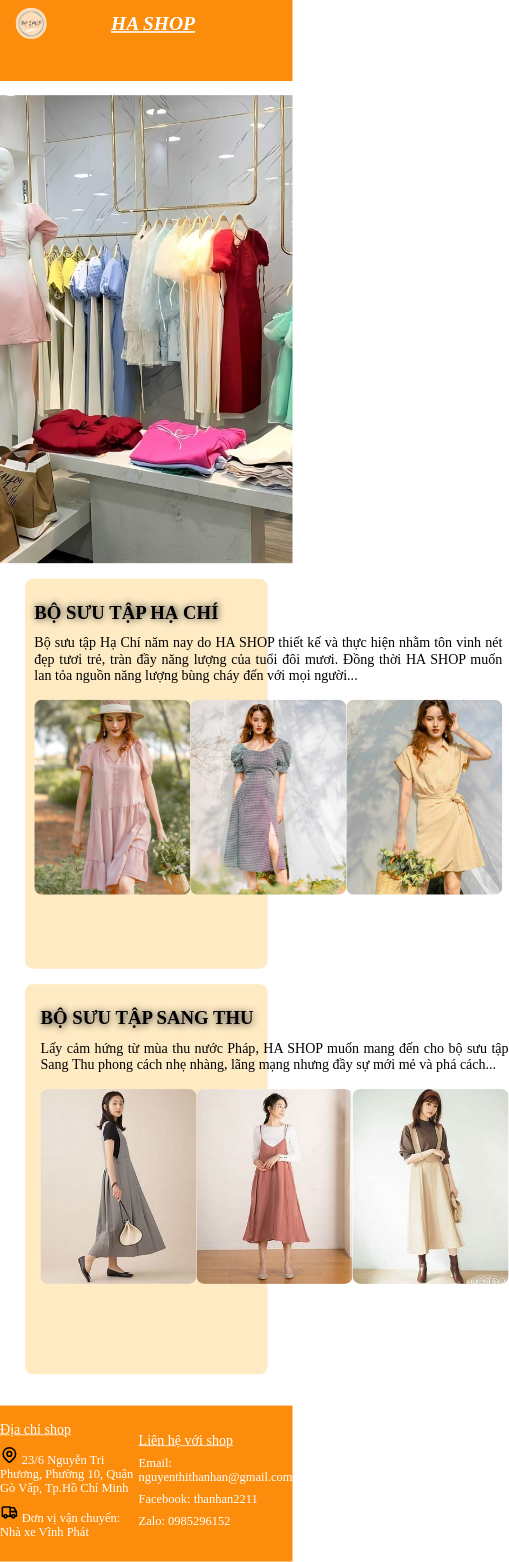
Repository: manhhieu120499/Project_ShopQuanAo
Page: index.html
An editor plug-in stored every save of this project. The page is shown before and after the next save, followed by the edit.
The browser window is 375 px wide. The page is 652 px wide, so the pictures cover 652 px, including what lies to the right of the window. The pictures show the whole page, at 78% of full size.

Above is the page before, as saved 2023-04-07 22:59:29.

After the next save:
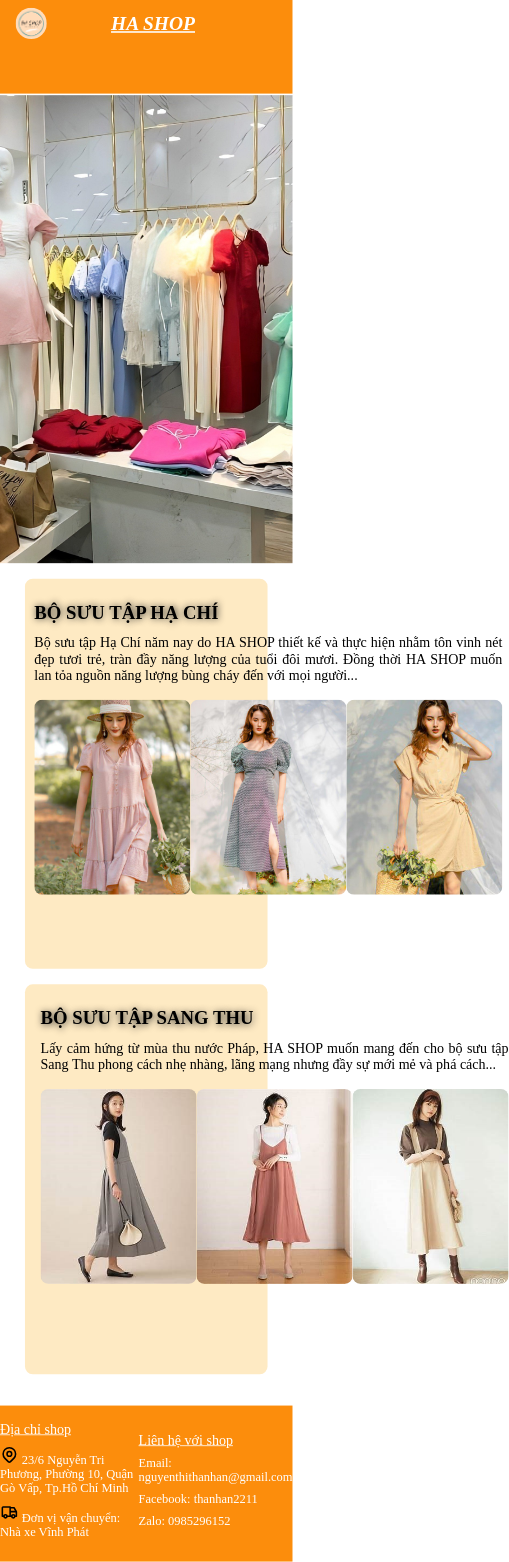
Saved 47 s later.
--- a/responsive/responsive_trangchu.css
+++ b/responsive/responsive_trangchu.css
@@ -76,8 +76,6 @@
     }
 
     .right-header .btn > button{
-        width: 100px;
-        height: 20px;
-        display: block;
+
     }
 }
